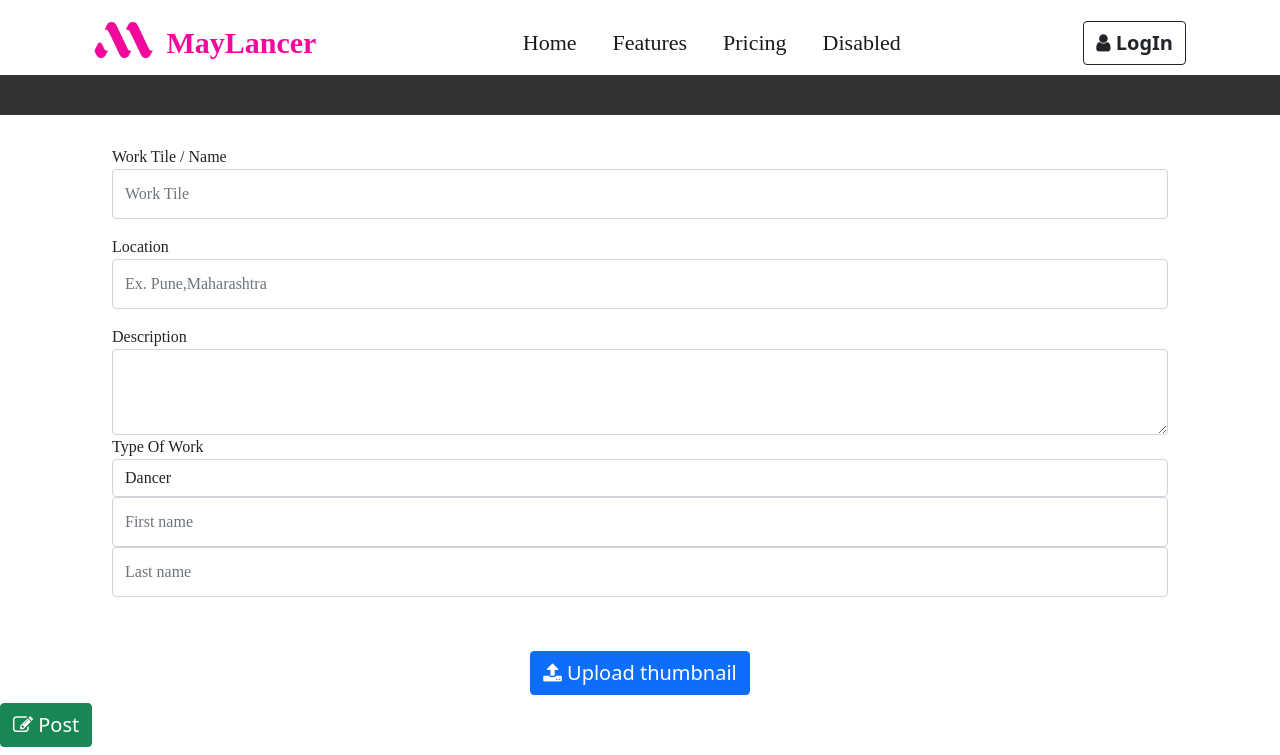
Repository: prathmesh2023/maylancers
Page: http://localhost/post_job
These files come from the project's save history. The page is drawn as it stood at one moment and after the next save; the edit follows.
The browser window is 1280 px wide. The pictures show the whole page.
Some web fonts or font styles are not loaded; a fallback is used. Some web libraries are served in a nearby version. The page is served by the project's application, run on Django 3.2 (manage.py). Other server files are loaded and not shown. The page reads the database file committed with the project.

Above is the page before, as saved 2022-01-24 02:50:56.

### templates/postjob.html
{% extends "base.html" %} {% block title %} MayLancers {% endblock title %} {% load static %} {% block main %}
<div class="container ">


    <form method="post" action="/post_job" style="padding:30px;" enctype="multipart/form-data">
        <div class="mb-3">
            <label for="exampleInputEmail1">Work Tile / Name</label>

            <input required required type="text" name="wtitle" class="form-control" id="exampleInputEmail1" aria-describedby="emailHelp" placeholder="Work Tile ">

        </div>
        <div class="mb-3">
            <label for="loc">Location</label>
            <input required required type="text" name="loc" class="form-control" id="loc" placeholder="Ex. Pune,Maharashtra">
        </div>


        <div class="form-group">
            <label for="exampleFormControlTextarea1">Description</label>
            <textarea name="desc" required class="form-control" id="exampleFormControlTextarea1" rows="3"></textarea>
        </div>

        <div class="form-group">
            <label for="exampleFormControlSelect1">Type Of Work</label>
            <select name="cat" required class="form-control" id="exampleFormControlSelect1">
                {% for i in cat %}
                <option>{{i.title}}</option>
                {% endfor %}


          </div>

<label for=""">Amout : </label>

<div class="form-row">
    <div class="col">
      <input type="text" class="form-control" placeholder="First name">
    </div>
    <div class="col">
      <input type="text" class="form-control" placeholder="Last name">
    </div>
  </div>


            </select>
        </div>
        <br> {% csrf_token %}

        <input name="file" required type="file" id="file" style="display:none;">

        <center>
            <label for="file" class="btn btn-primary "><span class="fa fa-upload">   </span> Upload thumbnail</label></center>
        <button type="submit" class="btn btn-success my-2"><span class="fa fa-edit"> </span> Post</button>
    </form>

</div>

<style>
    <style>.form {}

    form {
        background-color: white;
        padding: 10px;
        font-family: cursive;
        border-radius: 15px;
    }

    form input {
        height: 50px;
        font-size: 20x;
    }

    form button {
        height: 50px;
        width: 100%;
    }

    .btn {
        font-size: 20px;
    }

    .ml {
        margin-top: 10%;
    }

    .mf {
        margin-top: 8%;
    }
</style>


{% endblock %}

### templates/base.html
<!DOCTYPE html>
<html lang="en">

<head>
    <!-- Required meta tags -->
    <meta charset="utf-8" />

    <meta content="width=device-width, initial-scale=1" name="viewport" />

    <!-- Bootstrap CSS -->

    {% load static %}

    <link href="{% static 'bootstrap-5/css/bootstrap.min.css' %}" type="text/css" rel="stylesheet" />
    <link href="{% static 'css/main.css' %}" type="text/css" rel="stylesheet">

    <!-- js bostrap -->
    <script src="https://code.jquery.com/jquery-3.2.1.slim.min.js" integrity="sha384-KJ3o2DKtIkvYIK3UENzmM7KCkRr/rE9/Qpg6aAZGJwFDMVNA/GpGFF93hXpG5KkN" crossorigin="anonymous"></script>
    <script src="https://cdnjs.cloudflare.com/ajax/libs/popper.js/1.12.9/umd/popper.min.js" integrity="sha384-ApNbgh9B+Y1QKtv3Rn7W3mgPxhU9K/ScQsAP7hUibX39j7fakFPskvXusvfa0b4Q" crossorigin="anonymous"></script>
    <script src="https://maxcdn.bootstrapcdn.com/bootstrap/4.0.0/js/bootstrap.min.js" integrity="sha384-JZR6Spejh4U02d8jOt6vLEHfe/JQGiRRSQQxSfFWpi1MquVdAyjUar5+76PVCmYl" crossorigin="anonymous"></script>
    <!-- / -->
    <link rel="stylesheet" href="https://cdnjs.cloudflare.com/ajax/libs/font-awesome/4.7.0/css/font-awesome.min.css">
    <link href='https://fonts.googleapis.com/css?family=Concert One' rel='stylesheet'>
    <link href='https://fonts.googleapis.com/css?family=Courgette' rel='stylesheet'>
    <link href='https://fonts.googleapis.com/css?family=Jockey One' rel='stylesheet'>

    <!--  -->
    {% load static %}
    <title>{% block title %} {% endblock %}</title>
</head>


<body>


    <div class="container">
        <nav class="navbar navbar-expand-lg navbar-light bg-white">
            <div class="container-fluid">
                <a class="navbar-brand" href="#"><img class="brand " src="{% static 'img/logo.png' %}"> <span class="mx-2 Courgette" style=" color: #f5069d;  font-size: 30px;"> <b>MayLancer</b></span></a>
                <button class="navbar-toggler" type="button" data-bs-toggle="collapse" data-bs-target="#navbarNav" aria-controls="navbarNav" aria-expanded="false" aria-label="Toggle navigation">
      <span class="navbar-toggler-icon"></span>
    </button>
                <div class="collapse navbar-collapse" id="navbarNav">
                    <ul class="navbar-nav mx-auto ">
                        <li class="nav-item">
                            <a class="nav-link active" aria-current="page" href="#">Home</a>
                        </li>
                        <li class="nav-item ">
                            <a class="nav-link active" href="#">Features</a>
                        </li>
                        <li class="nav-item ">
                            <a class="nav-link active" href="#">Pricing</a>
                        </li>
                        <li class="nav-item  ">
                            <a class="nav-link active disabled">Disabled</a>
                        </li>
                    </ul>



                    {% if user.is_authenticated %} &nbsp;<span class=""> <b>

                        {{ user.username }}</b></span> &nbsp;&nbsp;
                    <a href="/logout">Logout</a> {% else %}
                    <a href="/login"><button class="btn btn-outline-dark"><span class="fa fa-user"> </span> <b>LogIn</b></button></a> {% endif %}

                </div>
            </div>
        </nav>
    </div>


    <div class="navbar " style="height: 40px; margin-top: -10px; background-color: #000000cc;">




    </div>


    {% block main %} {% endblock main %}

    <!--
    <div class="container my-5">
        <div class="row">
            <div class="col-md-3">

                <div class="card  m-0 p-0" style="border: solid 2px #f5069d ; border-top-right-radius: 0px; border-top-left-radius: 0px; border-top: none ;">
                    <div class="card-body ">
                        <img src="painter.jpg" class="img border-0 p-0">
                        <h2 style="margin-top:20px;">
                            Painter
                        </h2>
                        <p class="card-text"><b>Find Painters nearby you</b></p>
                        <a href="#" class="btn sub">  Find </a>
                    </div>
                </div>

            </div>


            <div class="col-md-3">

                <div class="card  m-0 p-0" style="border: solid 2px #f5069d ; border-top-right-radius: 0px; border-top-left-radius: 0px; border-top: none ;">
                    <div class="card-body ">
                        <img src="mechanic.jpg" class="img border-0 p-0">
                        <h2 style="margin-top:20px;">
                            Mechanic
                        </h2>
                        <p class="card-text"><b>Find Mechanics nearby you</b></p>
                        <a href="#" class="btn sub"> Find </a>
                    </div>
                </div>

            </div>



            <div class="col-md-3">

                <div class="card  m-0 p-0" style="border: solid 2px #f5069d ; border-top-right-radius: 0px; border-top-left-radius: 0px; border-top: none ;">
                    <div class="card-body ">
                        <img src="designer1.jpg" class="img border-0 p-0">
                        <h2 style="margin-top:20px;">
                            Designer
                        </h2>
                        <p class="card-text"><b>Find Designer nearby you</b></p>
                        <a href="#" class="btn sub"> Find </a>
                    </div>
                </div>

            </div>


            <div class="col-md-3">

                <div class="card  m-0 p-0" style="border: solid 2px #f5069d ; border-top-right-radius: 0px; border-top-left-radius: 0px; border-top: none ;">
                    <div class="card-body ">
                        <img src="doctor.jpg" class="img border-0 p-0">
                        <h2 style="margin-top:20px;">
                            Doctor
                        </h2>
                        <p class="card-text"><b>Find Doctors nearby you</b></p>
                        <a href="#" class="btn sub"> Find </a>
                    </div>
                </div>

            </div>
        </div>
    </div> -->

    <!-- / -->





    <!-- Optional JavaScript; choose one of the two! -->

    <!-- Option 1: Bootstrap Bundle with Popper -->
    <script src="https://cdn.jsdelivr.net/npm/bootstrap@5.1.3/dist/js/bootstrap.bundle.min.js " integrity="sha384-ka7Sk0Gln4gmtz2MlQnikT1wXgYsOg+OMhuP+IlRH9sENBO0LRn5q+8nbTov4+1p " crossorigin="anonymous "></script>

    <!-- Option 2: Separate Popper and Bootstrap JS -->
    <!--
    <script src="https://cdn.jsdelivr.net/npm/@popperjs/core@2.10.2/dist/umd/popper.min.js " integrity="sha384-7+zCNj/IqJ95wo16oMtfsKbZ9ccEh31eOz1HGyDuCQ6wgnyJNSYdrPa03rtR1zdB " crossorigin="anonymous "></script>
    <script src="https://cdn.jsdelivr.net/npm/bootstrap@5.1.3/dist/js/bootstrap.min.js " integrity="sha384-QJHtvGhmr9XOIpI6YVutG+2QOK9T+ZnN4kzFN1RtK3zEFEIsxhlmWl5/YESvpZ13 " crossorigin="anonymous "></script>
    -->
</body>

</html>

### app1/models.py
from django.db import models

# Create your models here.
from django.contrib.auth.models import User

class profile(models.Model):
    user = models.OneToOneField(User, on_delete=models.CASCADE)
    about = models.CharField(max_length=100)
    dp = models.ImageField('dp', upload_to="app1/img/dp")


class category(models.Model):
    title = models.CharField(max_length=200)
    location = models.CharField(max_length=200)
    thumbnail = models.ImageField('thumbnail', upload_to="app1/img/category")
    desc = models.TextField()


    def __str__(self):
        return self.title


class post(models.Model):

    title = models.CharField(max_length=200)
    loc = models.CharField(max_length=200)
    desc = models.TextField()
    cat = models.CharField(max_length=200)
    thumb = models.ImageField('thumb', upload_to="app1/img/post/thumb")
    afrom = models.IntegerField()
    ato = models.IntegerField()


    def __str__(self):
        return self.title

### app1/views.py
from django.shortcuts import render,HttpResponse,redirect
from django.contrib.auth.models import User,auth
from django.contrib.auth.decorators import login_required
from .models import User,profile,category


# Create your views here.

def home(request):



    cat = category.objects.all().order_by('-id')

    data= {
        'cat':cat,
    }


    return render(request, "home.html", data)


def login(request):

    if request.method == 'POST':
        uname = request.POST.get('uname')
        pwd = request.POST.get('pwd')

        user = auth.authenticate(username=uname, password=pwd)

        if user is not None:
            auth.login(request, user)
            return redirect('/profile')
        else:
            return HttpResponse("uname , password invalid ")


    return render(request, "login.html")




def logout(request):
    auth.logout(request)

    return redirect('/')


def profile(request):

    if request.user.is_authenticated:


        return render(request, "profile.html")
    else:
        return redirect("/login")


def register(request):

    if request.method == "POST":
        uname = request.POST.get('uname')
        email = request.POST.get('email')
        pwd = request.POST.get('pwd')
        fname = request.POST.get('fname')
        lname = request.POST.get('lname')


        # u = User(password=pwd, username=uname, email=email,first_name=fname, last_name=lname)

        User.objects.create_user(password=pwd, username=uname, email=email,first_name=fname, last_name=lname)


        return redirect('/profile')
    else:
        HttpResponse("faield")

    return render(request, "register.html")


def post_job(request):

    cat = category.objects.all().order_by('-id')

    data={
        "cat":cat,
    }

    if request.method == 'POST':
        wtitle = request.POST.get('wtitle')
        loc = request.POST.get('loc')
        desc = request.POST.get('desc')
        cat = request.POST.get('cat')
        thumb = request.FILES['file']

        from .models import post

        job = post(title=wtitle, loc=loc, desc=desc, cat=cat, thumb=thumb)

        job.save()

        return redirect('/')


    return render(request, "postjob.html", data)

### maylancer/urls.py
"""maylancer URL Configuration

The `urlpatterns` list routes URLs to views. For more information please see:
    https://docs.djangoproject.com/en/3.2/topics/http/urls/
Examples:
Function views
    1. Add an import:  from my_app import views
    2. Add a URL to urlpatterns:  path('', views.home, name='home')
Class-based views
    1. Add an import:  from other_app.views import Home
    2. Add a URL to urlpatterns:  path('', Home.as_view(), name='home')
Including another URLconf
    1. Import the include() function: from django.urls import include, path
    2. Add a URL to urlpatterns:  path('blog/', include('blog.urls'))
"""
from django.contrib import admin
from django.urls import path,include

urlpatterns = [
    path('admin/', admin.site.urls),
    path('',include('app1.urls'))
]

### app1/urls.py
from django.contrib import admin
from django.urls import path
from app1 import views

from django.conf import settings
from django.conf.urls.static import static

urlpatterns = [
    path("", views.home , name="home"),
    path("login", views.login, name="login"),
    path("logout", views.logout,name="logout"),
    path("profile", views.profile, name="profile"),
    path("register", views.register, name="register"),
    path("post_job", views.post_job, name="post_job"),


]+ static(settings.MEDIA_URL, document_root=settings.MEDIA_ROOT)

### static/css/main.css
.primary-bg {
    background-color: rgb(255, 78, 166);
}

.brand {
    max-width: 100px;
    max-height: 39px;
    margin-top: -14px;
}

.bg-white {
    background: white;
}

a u {
    text-decoration: none;
}

.nav-item {
    font-size: large;
    font-family: 'Concert One';
    font-size: 22px;
    padding: 10px;
}

.in {
    margin-top: 50px;
}

.bgc {
    background-color: black;
    background-repeat: no-repeat;
    background-size: 100%;
    width: 100%;
    height: 400px;
}


/* fonts */

.jone {
    font-family: 'Jockey One';
}

.Courgette {
    font-family: 'Courgette';
}

.searchbox {}

.searchbox input {
    border-radius: 0%;
    height: 50px;
    background-color: #ffffffd9;
}

.bt {
    border-radius: 0%;
    height: 50px;
    font-family: cursive;
}

.di {
    color: white;
    border-radius: 0%;
}


/* cards */


/* .sub {
    background: #f5069d;
    color: white;
}

.img-thumbnail {
    padding: 0px;
}

.img {
    margin-left: -31px;
    width: 120%;
    height: 180px;
    border-style: solid;
    border-size: px;
    padding: 10px;
    box-shadow: 5px 10px 18px #888888;
    margin-top: -25px;
}

.card {
    box-shadow: 5px 10px 18px #888888;
}
*/

.card_main {
    margin-top: -100px;
}

.sub {
    background: #f5069d;
    color: white;
}

.img-thumbnail {
    padding: 0px;
}

.img {
    margin-left: -20px;
    width: 110%;
    height: auto;
    border-style: solid;
    border-size: 1px;
    box-shadow: 5px 10px 18px #888888;
    margin-top: -25px;
}

.card {
    box-shadow: 5px 10px 18px #888888;
    margin-left: 20px;
    margin-right: 20px;
    text-decoration: none;
}

.card a {
    text-decoration: none;
}

.card:hover {
    color: #f5069d;
}

@media only screen and (max-width: 900px) {
    .img {}
    .card {
        margin-left: 50px;
        margin-right: 50px;
    }
}

.pj button {
    border-radius: 0px;
    color: white;
    font-family: cursive;
}


/*  */

### db.sqlite3 (the tables this page reads, as SQL)
CREATE TABLE "app1_category" ("id" integer NOT NULL PRIMARY KEY AUTOINCREMENT, "title" varchar(200) NOT NULL, "location" varchar(200) NOT NULL, "desc" text NOT NULL, "thumbnail" varchar(100) NULL);
INSERT INTO "app1_category" VALUES
(1, 'painter', 'Pune , mh', 'painter', 'app1/img/category/painter_LAaJ8Te.jpg'),
(2, 'designer', 'latur', 'designer', 'app1/img/category/designer1.jpg'),
(3, 'mechanic', 'pune', 'mechanic', 'app1/img/category/mechanic.jpg'),
(4, 'dctor', 'bombay', 'dector', 'app1/img/category/doctor.jpg'),
(6, 'Dancer', 'pune, maharashtra', 'I want a Bar dancer', 'app1/img/category/download.jpg');

Loaded but not shown: static/bootstrap-5/css/bootstrap.min.css (library)

After the next save:
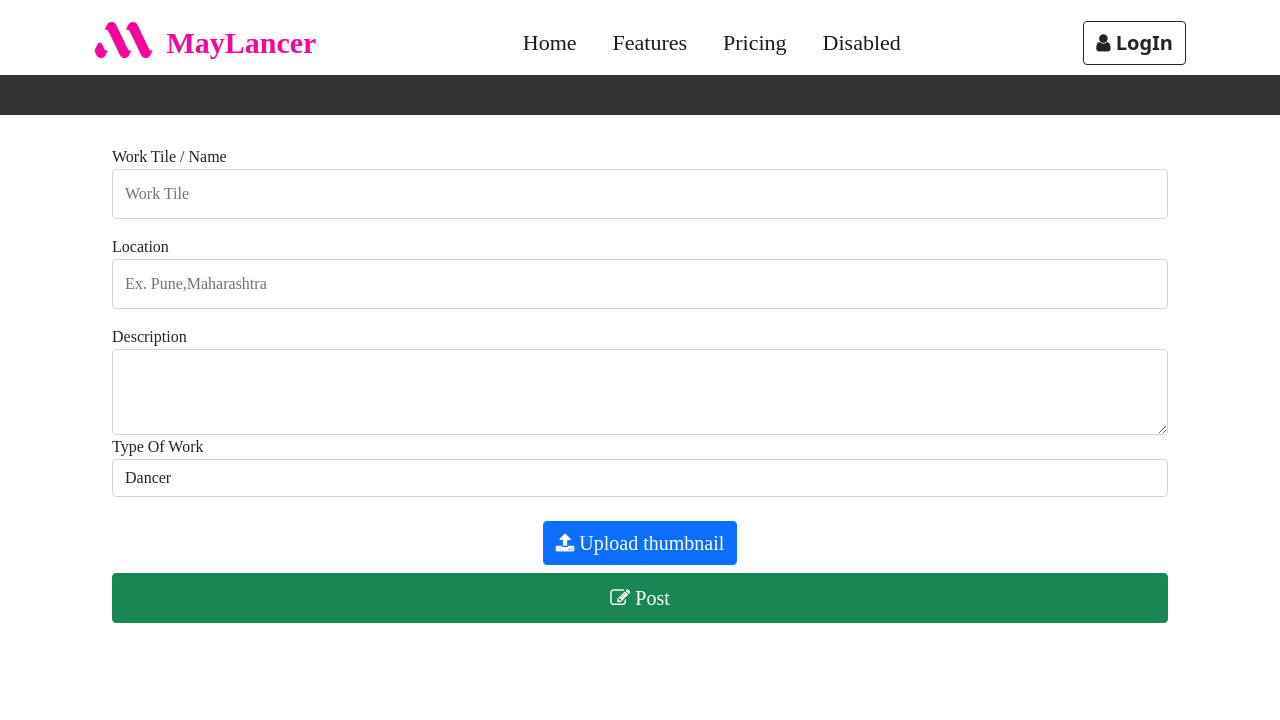
Saved 45 s later.
--- a/templates/postjob.html
+++ b/templates/postjob.html
@@ -30,16 +30,6 @@
 
           </div>
 
-<label for=""">Amout : </label>
-
-<div class="form-row">
-    <div class="col">
-      <input type="text" class="form-control" placeholder="First name">
-    </div>
-    <div class="col">
-      <input type="text" class="form-control" placeholder="Last name">
-    </div>
-  </div>
 
 
             </select>
